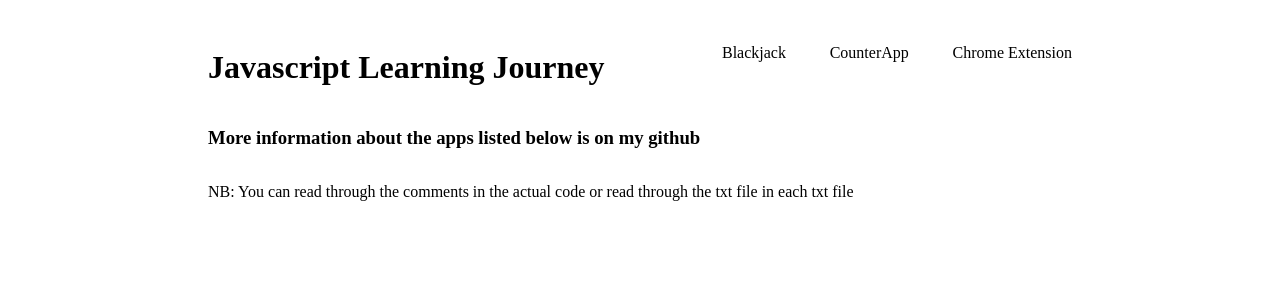
Repository: Siphamandla201/Javascript-Journey
Page: index.html
An editor plug-in stored every save of this project. The page is shown before and after the next save, followed by the edit.
The browser window is 1280 px wide. The pictures show the whole page.

Above is the page before, as saved 2023-07-27 16:23:13.

After the next save:
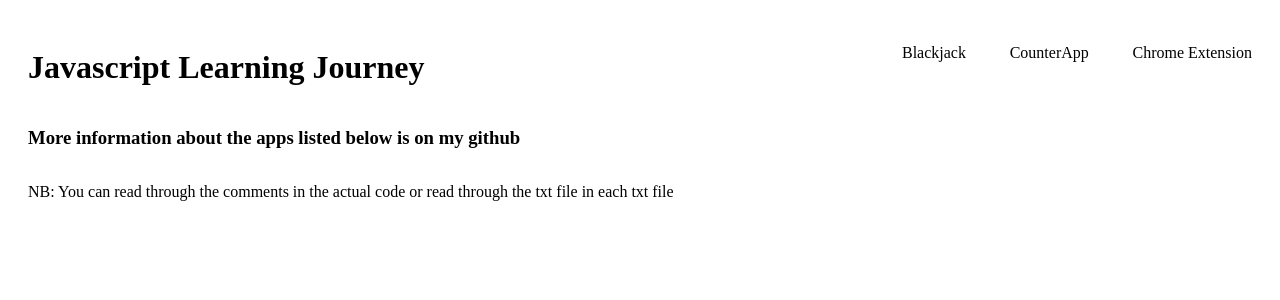
Saved 11 s later.
--- a/style.css
+++ b/style.css
@@ -1,7 +1,7 @@
 body {
     display: flex;
     flex-direction: column;
-    padding: 200px;
+    padding: 20px;
     padding-top: 20px;
 }
 
